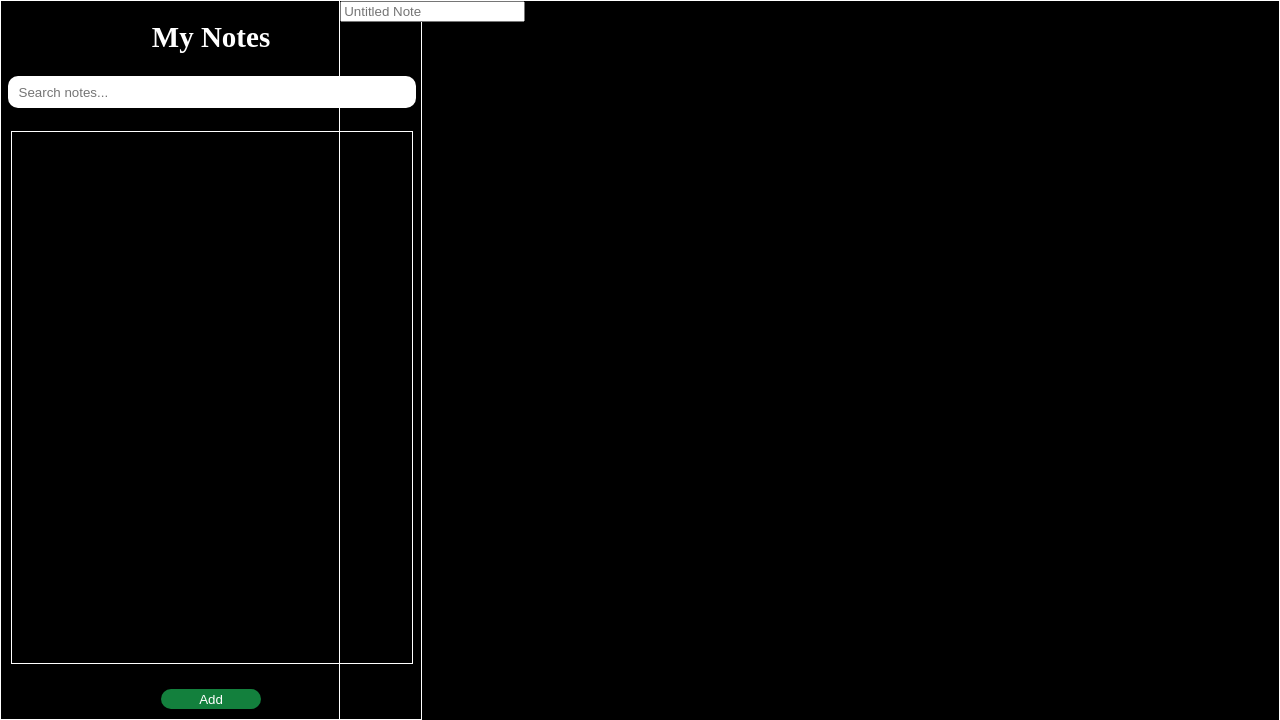
Repository: dmpelaez/myNotes
Page: QuickNotes.html
The author's editor kept a copy of each file at every save. The page is drawn from the files as they stood at one save, then again after a run of saves.
The browser window is 1280 px wide. The pictures show the whole page.

Above is the page before, as saved 2025-12-18 21:03:19.

### QuickNotes.html
<!DOCTYPE html>

  <html>

    <head>

      <title>Quick Notes</title>

      <!--CSS LINK-->
      <link rel="stylesheet" href="QuickNotes.css">
    </head>
    <body>

      <!--Note section-->
      <aside class="aside-section">

        <!--My notes part-->
        <div class="myNotes">
          <p class="my-notes-text">My Notes</p>
        </div>
        <!--Search notes-->
        <div class="input-box">
          <input class="input" placeholder="Search notes...">
        </div>
        <!--Notes-->
        <div class="note-list"></div>
        <!--add button-->
        <button class="add-button">Add</button>

      </aside>

      <!---Typing section-->
      <main class="main-section">

        <!--Header-->
        <div class="header-section">

          <input class="title-notes" placeholder="Untitled Note">

        </div>

      </main>


    </body>

  </html>

### QuickNotes.css
body {
  margin: 0;
  padding: 0;
  background: black;
  box-sizing: border-box;
}
* {
  color: rgb(255, 255, 255);
}
.aside-section {
  border: 1px solid white;
  display: grid;
  width: 400px;
  position: fixed;
  bottom: 0;
  top: 0;
  grid-template-rows: 40px 30px 1fr 20px;
  padding: 10px;
  gap: 25px;

}

.my-notes-text {
  display: flex;
  margin: 0px;
  justify-self: center;
  align-self: center;
  margin-top: 10px;
}
.note-list {
  border: 1px solid white;
  width: 100%;
}

.my-notes-text {
  font-weight: bold;
  font-size: 29px;
}

.input {
  color: black;
  display: flex;
  align-self: center;
  justify-self: center;
  Width: 99%;
  height: 100%;
  border-radius: 10px;
  border: none;
  outline: none;
  padding-left: 10px;
  margin-left: 1px;
}
.input::placeholder {
  padding-left: 1px;

}

.add-button {
  width: 100px;
  display: flex;
  justify-self: center;
  background: rgb(19, 128, 61);
  border: none;
  border-radius: 10px;
  color: white;
  font-family: arial;
  align-items: center;
  justify-content: center;
  cursor: pointer;
}

.note-list {
  display: grid;
}

.main-section {
  position: fixed;
  left: 26.5%;
  border: 1px solid white;
  right: 0px;
  height: 100%;
}

After the next 2 saves:
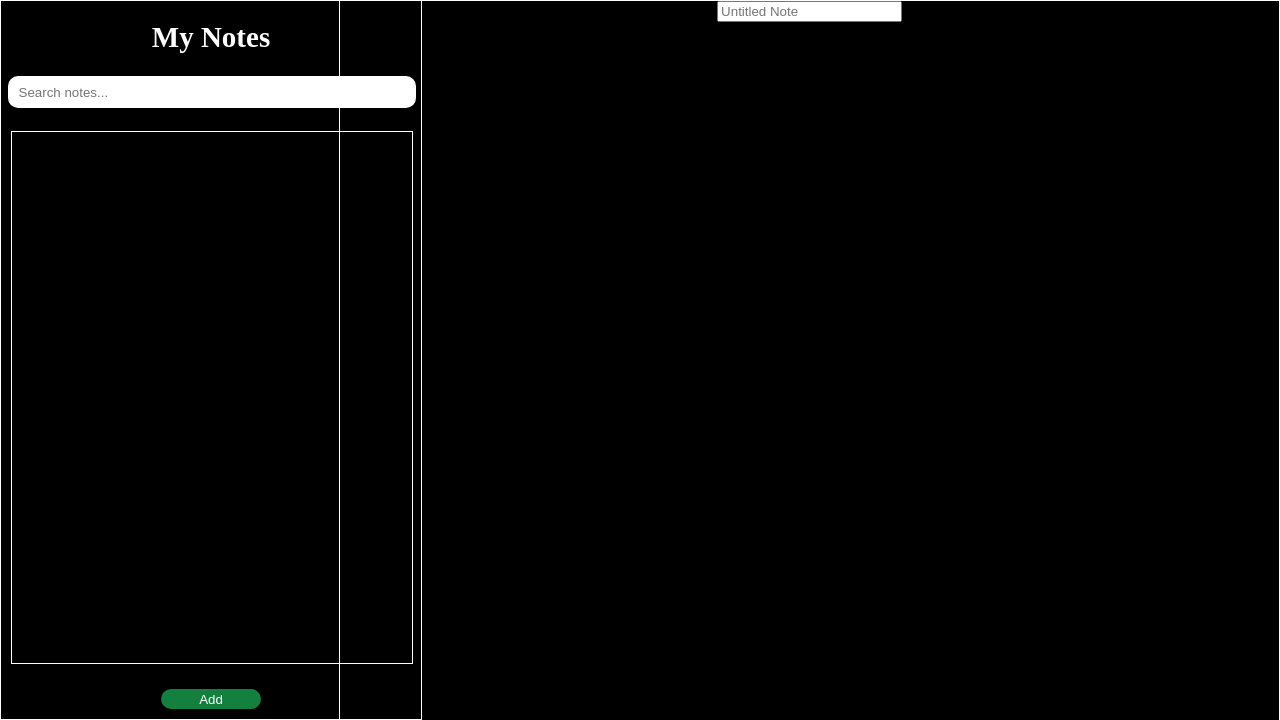
The 2 saves are shown as one change because they came seconds apart.
The last was saved 21 s later.
--- a/QuickNotes.css
+++ b/QuickNotes.css
@@ -79,4 +79,6 @@
   border: 1px solid white;
   right: 0px;
   height: 100%;
+  display: grid;
+  justify-content: center;
 }

After the 2 saves that followed:
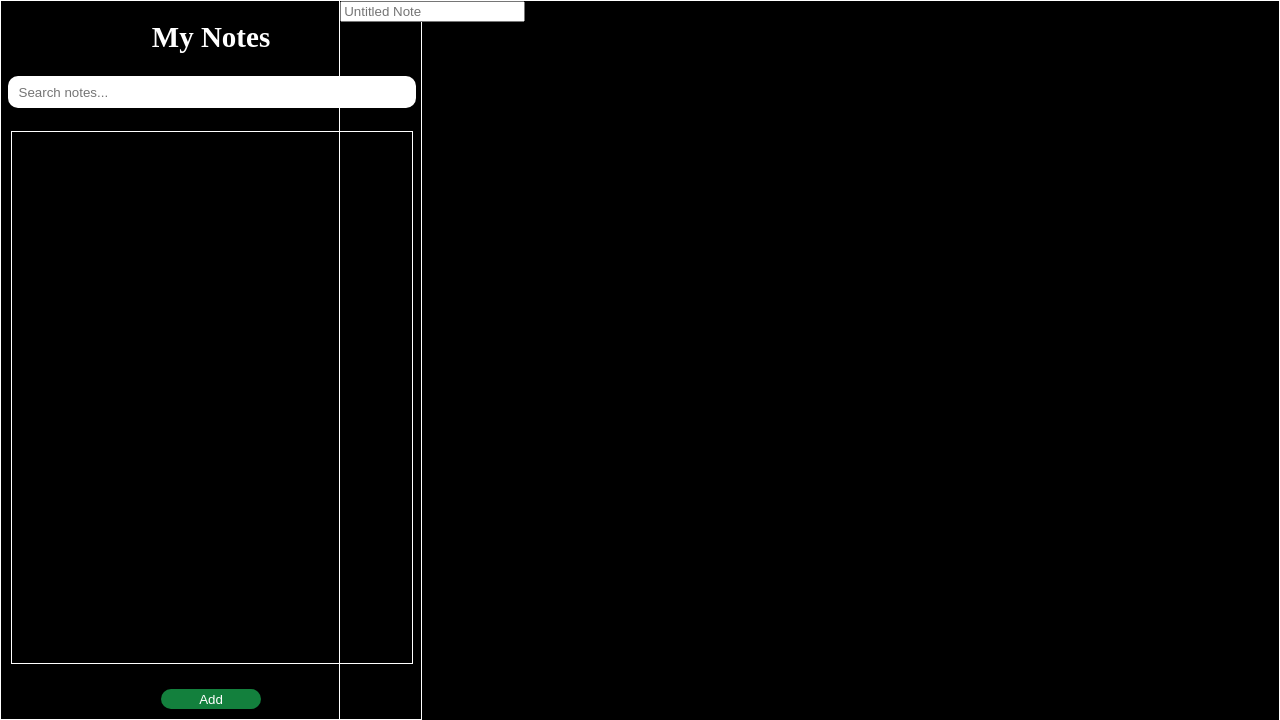
The 2 saves are shown as one change because 1 left the picture as it was.
The last was saved 56 s later.
--- a/QuickNotes.css
+++ b/QuickNotes.css
@@ -80,5 +80,6 @@
   right: 0px;
   height: 100%;
   display: grid;
-  justify-content: center;
+  grid-template-rows: 100px 1fr 100px;
+
 }
